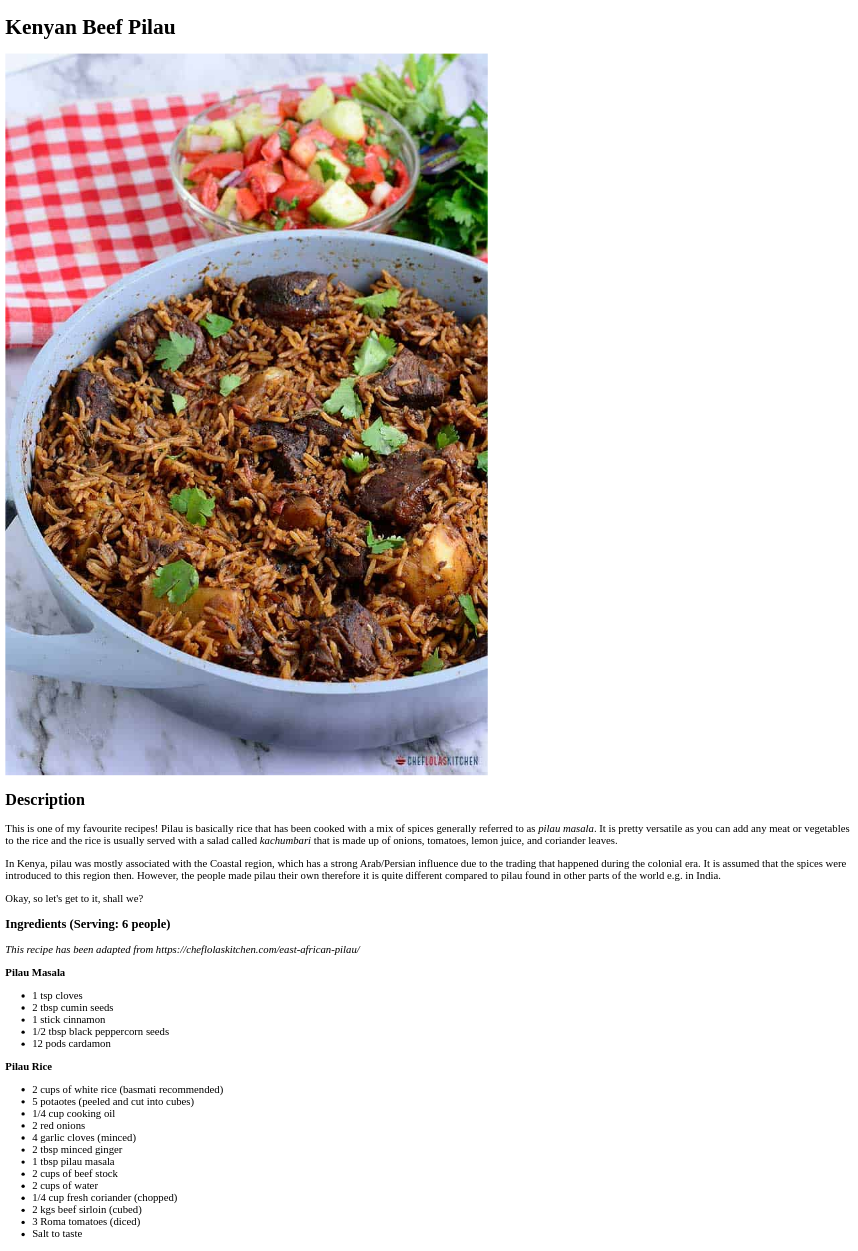
Repository: IanaAmke/odin-recipes
Page: recipes/pilau.html
The author's editor kept a copy of each file at every save. The page is drawn from the files as they stood at one save, then again after the next save.
The browser window is 1280 px wide. The pictures show the whole page, at 67% of full size.

Above is the page before, as saved 2022-06-05 18:45:25.

### recipes/pilau.html
<!DOCTYPE html>
<html lang="en-GB">

<head>
    <meta charset="UTF-8">
    <title>Pilau Recipe</title>
</head>

<body>
    <h1>Kenyan Beef Pilau</h1>

    <img src="./img/pilau.jpg" alt="beef pilau rice with potatoes">

    <h2>Description</h2>

    <p>This is one of my favourite recipes! Pilau is basically rice that has been cooked with a mix of spices generally referred to as <i>pilau masala</i>. It is pretty versatile as you can add any meat or vegetables to the rice and the rice is usually served
        with a salad called <i>kachumbari</i> that is made up of onions, tomatoes, lemon juice, and coriander leaves.</p>

    <p>In Kenya, pilau was mostly associated with the Coastal region, which has a strong Arab/Persian influence due to the trading that happened during the colonial era. It is assumed that the spices were introduced to this region then. However, the people
        made pilau their own therefore it is quite different compared to pilau found in other parts of the world e.g. in India.</p>

    <p>Okay, so let's get to it, shall we?</p>

    <h3>Ingredients (Serving: 6 people)</h3>
    <p><em>This recipe has been adapted from https://cheflolaskitchen.com/east-african-pilau/</em></p>

    <p><strong>Pilau Masala</strong></p>
    <ul>
        <li>1 tsp cloves</li>
        <li>2 tbsp cumin seeds</li>
        <li>1 stick cinnamon</li>
        <li>1/2 tbsp black peppercorn seeds</li>
        <li>12 pods cardamon</li>
    </ul>

    <p><strong>Pilau Rice</strong></p>
    <ul>
        <li>2 cups of white rice (basmati recommended)</li>
        <li>5 potaotes (peeled and cut into cubes)</li>
        <li>1/4 cup cooking oil</li>
        <li>2 red onions</li>
        <li>4 garlic cloves (minced)</li>
        <li>2 tbsp minced ginger</li>
        <li>1 tbsp pilau masala</li>
        <li>2 cups of beef stock</li>
        <li>2 cups of water</li>
        <li>1/4 cup fresh coriander (chopped)</li>
        <li>2 kgs beef sirloin (cubed)</li>
        <li>3 Roma tomatoes (diced)</li>
        <li>Salt to taste</li>
    </ul>

</body>

</html>

After the next save:
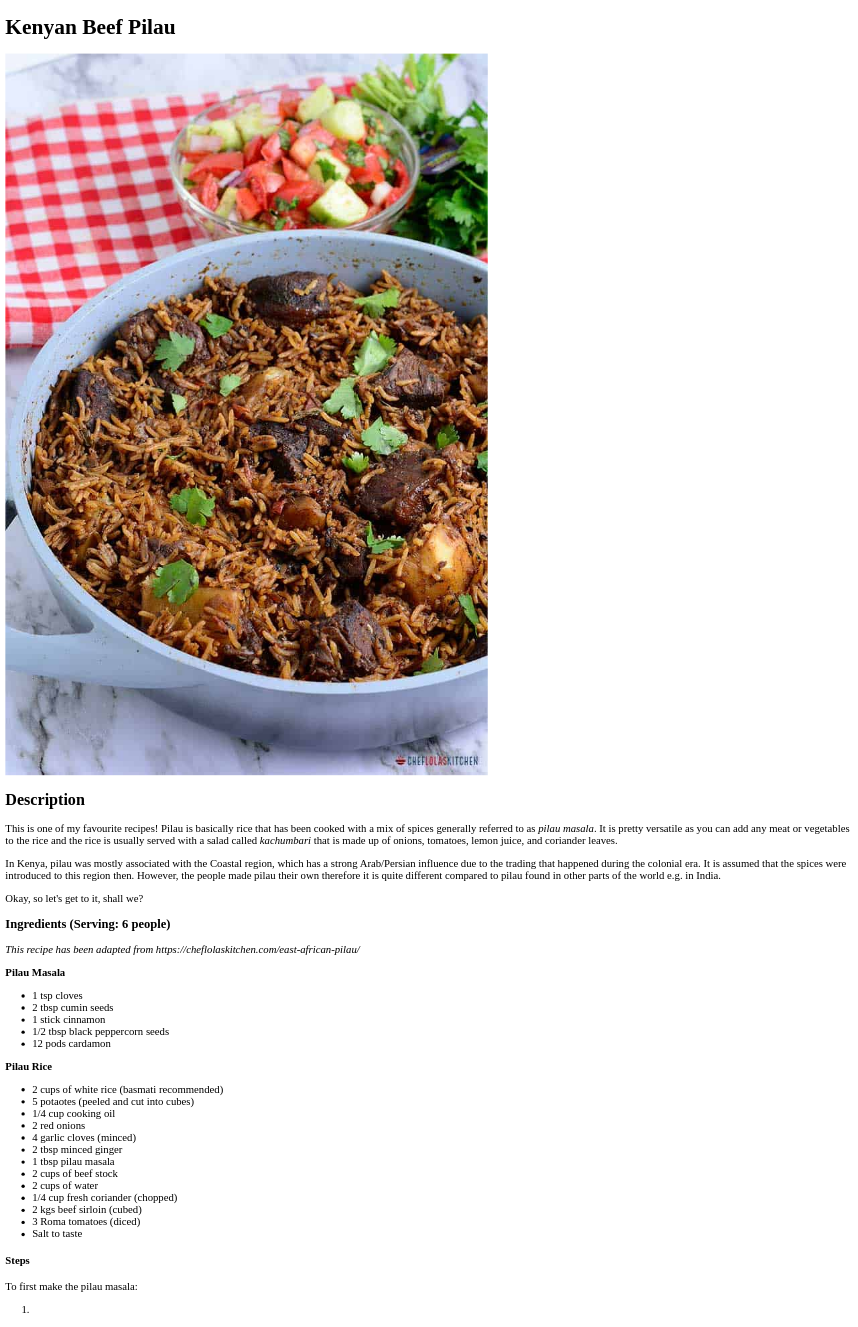
Saved 2 min 7 s later.
--- a/recipes/pilau.html
+++ b/recipes/pilau.html
@@ -50,6 +50,13 @@
         <li>Salt to taste</li>
     </ul>
 
+    <h4>Steps</h4>
+
+    <p>To first make the pilau masala:</p>
+    <ol>
+        <li></li>
+    </ol>
+
 </body>
 
 </html>
